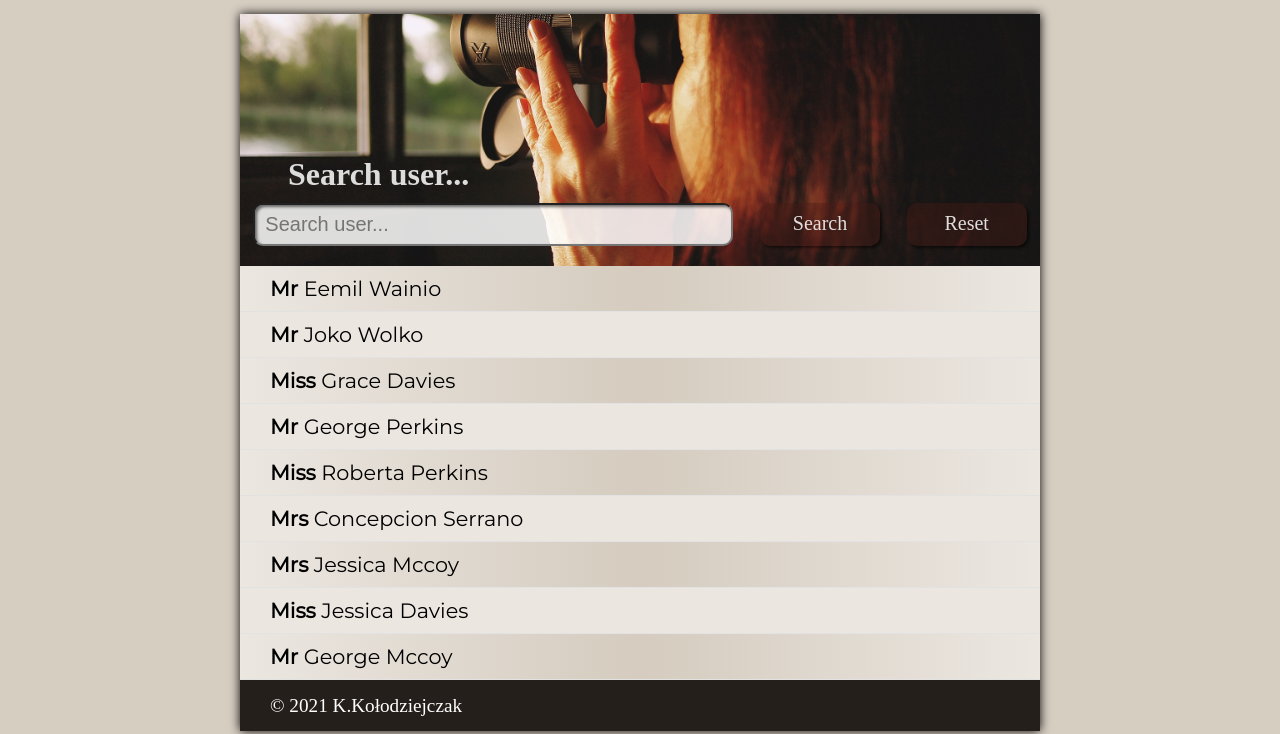
Repository: KrzysKolo/sr_tydzien5_zad4
Page: /
The author's editor kept a copy of each file at every save. The page is drawn from the files as they stood at one save, then again after the next save.
The browser window is 1280 px wide. The pictures show the whole page.
Some web fonts or font styles are not loaded; a fallback is used. The project was rebuilt for these pictures with package versions that can differ from the ones it lists, and the page was loaded fresh each time.

Above is the page before, as saved 2021-01-04 00:22:12.

### public/index.html
<!DOCTYPE html>
<html lang="en">
  <head>
    <meta charset="utf-8" />
    <link rel="icon" href="%PUBLIC_URL%/favicon.ico" />
    <meta name="viewport" content="width=device-width, initial-scale=1" />
    <meta name="theme-color" content="#000000" />
    <meta
      name="description"
      content="Web site created using create-react-app"
    />
    <link rel="apple-touch-icon" href="%PUBLIC_URL%/logo192.png" />
    <!--
      manifest.json provides metadata used when your web app is installed on a
      user's mobile device or desktop. See https://developers.google.com/web/fundamentals/web-app-manifest/
    -->
    <link rel="manifest" href="%PUBLIC_URL%/manifest.json" />
    <!--
      Notice the use of %PUBLIC_URL% in the tags above.
      It will be replaced with the URL of the `public` folder during the build.
      Only files inside the `public` folder can be referenced from the HTML.

      Unlike "/favicon.ico" or "favicon.ico", "%PUBLIC_URL%/favicon.ico" will
      work correctly both with client-side routing and a non-root public URL.
      Learn how to configure a non-root public URL by running `npm run build`.
    -->
    <link rel="preconnect" href="https://fonts.gstatic.com">
<link href="https://fonts.googleapis.com/css2?family=Finger+Paint&family=Montserrat&family=Over+the+Rainbow&family=Peralta&display=swap" rel="stylesheet">
    <title>User search</title>
  </head>
  <body>
    <noscript>You need to enable JavaScript to run this app.</noscript>
    <div id="root"></div>
    <!--
      This HTML file is a template.
      If you open it directly in the browser, you will see an empty page.

      You can add webfonts, meta tags, or analytics to this file.
      The build step will place the bundled scripts into the <body> tag.

      To begin the development, run `npm start` or `yarn start`.
      To create a production bundle, use `npm run build` or `yarn build`.
    -->
  </body>
</html>

### src/App.js
import React from 'react';
import UsersContainer from './components/UsersContainer';
import Header from './components/Header';
import Footer from './components/Footer';
import './App.css';


const App = () => {

  return (
    <section>
      <Header />
      <UsersContainer/>
      <Footer />
    </section>
  )
}

export default App;

### src/components/UsersContainer.js
import React, { useState, useEffect } from 'react';


const UsersContainer = () => {

  const UsersAPI = '/users.json';

  const [ users, setUsers ] = useState([]);
  const [loading, setLoading] = useState(false);

  useEffect(() => {
    fetch(UsersAPI)
    .then(res => {
      if (res.ok) {
        return res;
      }
      throw Error(res.status)
    })
      .then(res => res.json())
      .then(data => {
        console.log(data.users);
        setUsers(data.users);
        setLoading(false);
      })
      .catch(error => console.log(error))
    }, []);

    if (loading) {
      return <p>Loading countries...</p>;
    }

    const user = users.map(user => (
      <li className="user" key={user.id}><b>{user.title}</b> {user.first} {user.last}</li>
    ))
    return (
        <ul>
					{user}
        </ul>
    )
}

export default UsersContainer;

### src/components/Header.js
import React from 'react';
import Button from './formComponents/Button';
import Input from './formComponents/Input';
const Header = () => {
   return (
        <div className="header__section">
            <h1 className="header__title">Search user...</h1>
            <form className="header__search-wrapper">
                <Input type="text" />
                <Button values="Search" />
                <Button values="Reset" />
            </form>
        </div>
    )
}

export default Header;

### src/components/Footer.js
import React from 'react';

const Footer = () => {
    return (
        <div className="footer__wrapper">
           © 2021 K.Kołodziejczak
        </div>
    )
}

export default Footer;

### src/App.css
* {
  box-sizing: border-box;
  padding: 0;
  margin: 0;
}
body {
  height: 100vh;
  width: 100vw;
  background-color: rgba(206, 194, 179, 0.8);
}
section {
  margin: 2vh auto;
  width: 70%;
  max-width: 800px;
  display: flex;
  flex-direction: column;
  box-shadow: 0 0 10px #000;
}
.header__section {
  height: 35vh;
  background-image: url("./images/girl.jpg");
  background-position: center;
  background-size: cover;
  display: flex;
  flex-direction: column;
  justify-content: flex-end;
}
.header__title {
  font-size: 2rem;
  font-family: "Peralta", cursive;
  margin: 0 auto 10px 3rem;
  color: rgba(255, 255, 255, 0.85);
}
.header__search-wrapper {
  width: 100%;
  margin-bottom: 20px;
  display: flex;
  justify-content: space-around;
}
.header__search {
  padding: 8px 10px;
  width: 60%;
  border-radius: 10px;
  background-color: rgba(255, 255, 255, 0.85);
  box-shadow: inset 2px 2px 3px 0px rgba(0, 0, 0, 0.55);
  font-size: 20px;
}
.header__search-btn {
  background: rgba(71, 26, 20, 0.4);
  color: rgba(255, 255, 255, 0.85);
  width: 15%;
  border-radius: 10px;
  box-shadow: 2px 2px 3px 0px rgba(0, 0, 0, 0.55);
  font-size: 20px;
  text-align: center;
  line-height: 40px;
  transition: 0.2s all ease;
  cursor: pointer;
}
.header__search-btn:hover {
  background: rgba(65, 28, 24, 1);
}
.user {
  font-size: 1.3rem;
  font-family: "Montserrat", sans-serif;
  padding: 10px 30px;
  list-style: none;
  border-bottom: 1px solid rgb(226, 226, 226);
  background-color: rgba(255, 255, 255, 0.5);
}
.user:nth-child(odd) {
  background: linear-gradient(
    90deg,
    rgba(255, 255, 255, 0.5) 0%,
    rgba(206, 194, 179, 0.2) 50%,
    rgba(255, 255, 255, 0.5) 100%
  );
}
.footer__wrapper {
  background-color: rgb(36, 31, 27);
  color: white;
  font-size: 1.2rem;
  padding: 10px 30px;
  width: 100%;
  height: 7vh;
  display: flex;
  align-items: center;
}

### src/components/formComponents/Button.js
import React from 'react';

const Button = ({ values }) => {
    return (
        <div className="header__search-btn">
            {values}
        </div>
    )
}

export default Button;

### src/components/formComponents/Input.js
import React from 'react';

const Input = ({ type, values, onChange }) => {
    return (
        <>
          <input className="header__search" type={type} values={values} onChange={onChange} placeholder="Search user..." />
        </>
    )
}

export default Input;

### public/users.json
{
    "users": [
      {
        "id": 1,
        "title": "Mr",
        "first": "Eemil",
        "last": "Wainio"
       },
      {
        "id": 2,
        "title": "Mr",
        "first": "Joko",
        "last": "Wolko"
      },
      {
        "id": 3,
        "title": "Miss",
        "first": "Grace",
        "last": "Davies"
      },
      {
        "id": 4,
        "title": "Mr ",
        "first": "George ",
        "last": "Perkins"
      },
      {
        "id": 5,
        "title": "Miss",
        "first": "Roberta ",
        "last": "Perkins"
      },
      {
        "id": 6,
        "title": "Mrs ",
        "first": "Concepcion ",
        "last": "Serrano"
      },
      {
        "id": 7,
        "title": "Mrs ",
        "first": "Jessica ",
        "last": "Mccoy"
      },
      {
        "id": 8,
        "title": "Miss",
        "first": "Jessica",
        "last": "Davies"
      },
      {
        "id": 9,
        "title": "Mr",
        "first": "George",
        "last": "Mccoy"
      }
    ]
  }

Loaded but not shown: src/index.js (common file)

After the next save:
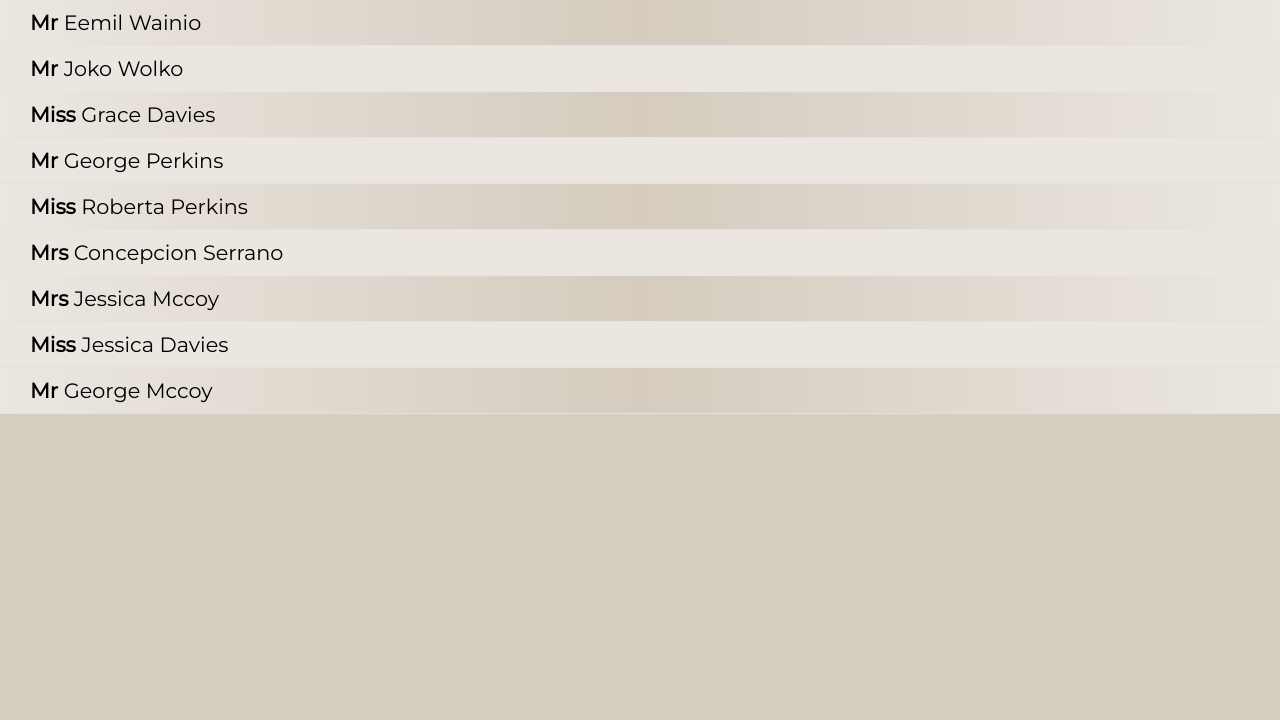
Saved 66 s later.
--- a/src/App.js
+++ b/src/App.js
@@ -8,11 +8,9 @@ import './App.css';
 const App = () => {
 
   return (
-    <section>
-      <Header />
+    <>
       <UsersContainer/>
-      <Footer />
-    </section>
+    </>
   )
 }
 
